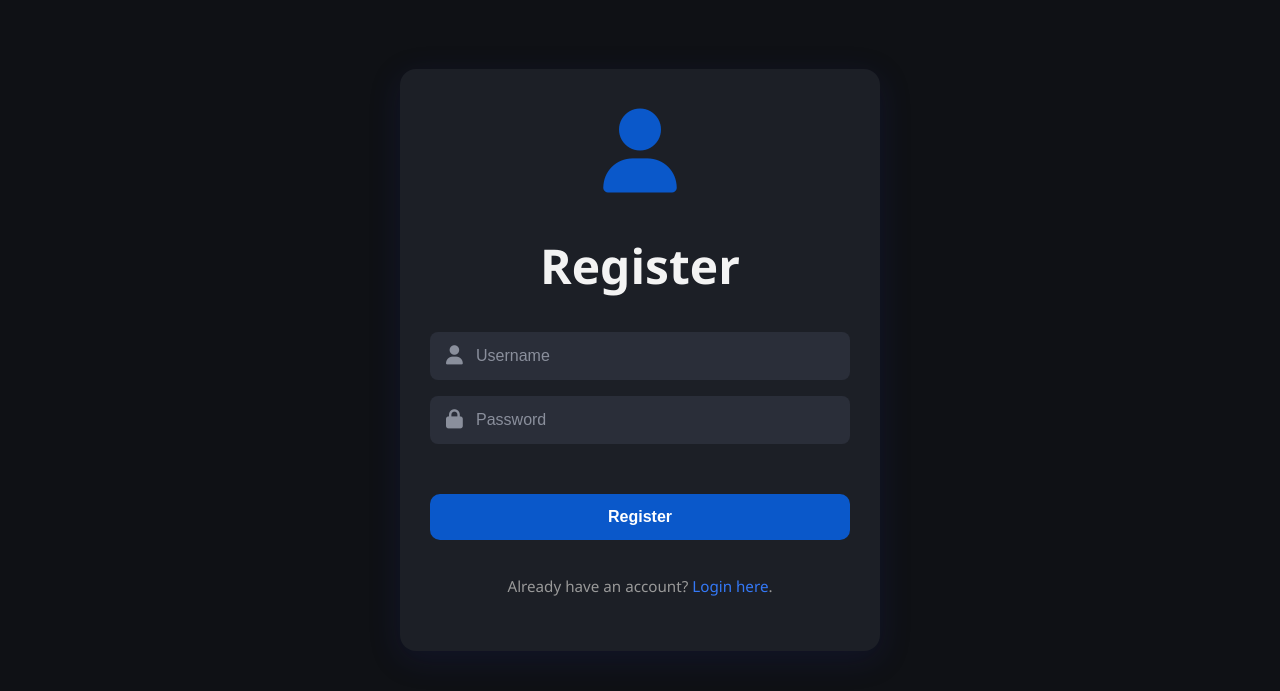
Repository: lowluds/auth-flask
Page: http://localhost/register
The author's editor kept a copy of each file at every save. The page is drawn from the files as they stood at one save, then again after the next save.
The browser window is 1280 px wide. The pictures show the whole page.
The page is served by the project's application, run on Flask 3 (login.py).

Above is the page before, as saved 2025-07-10 23:56:11.

### templates/register.html
<!DOCTYPE html>
<html lang="en">
<head>
    <meta charset="UTF-8">
    <meta name="viewport" content="width=device-width, initial-scale=1.0">
    <title>Register</title>
    <link rel="stylesheet" href="{{ url_for('static', filename='register.css') }}">
    <link rel="stylesheet" href="{{ url_for('static', filename='error.css') }}">
    <link rel="stylesheet" href="https://cdnjs.cloudflare.com/ajax/libs/font-awesome/6.5.0/css/all.min.css">
</head>

<body>
    <div class="register-container">
        <i class="fas fa-user register-icon"></i>
        <h2>Register</h2>
        <form method="POST" action="/register">

          <div class="input-group">
            <i class="fas fa-user"></i>
            <input type="text" id="username" name="username" placeholder="Username" required>
            </div>

          <div class="input-group">
              <i class="fas fa-lock"></i>
            <input type="password" id="password" name="password" placeholder="Password" required>
          </div>

            {% with messages = get_flashed_messages(with_categories=true) %}
              {% if messages %}
                {% for category, message in messages %}
                  {% if category == 'error' %}
                  <div class="input-error">{{ message }}</div>
                  {% endif %}
                {% endfor %}
              {% endif %}
            {% endwith %}

            <br>

            <button type="submit">Register</button>
        </form>
        <p>Already have an account? <a href="{{ url_for('login') }}">Login here</a>.</p>
    </div>
</body>
</html>

### login.py
from flask import Flask, render_template, request, redirect, url_for, session, flash
from werkzeug.security import check_password_hash
from werkzeug.security import generate_password_hash
import json

app = Flask (__name__)
app.secret_key = '123abc456'  # Change this to a secure random value

@app.route('/')
def home():
    return redirect(url_for('login'))

# Login
@app.route('/login', methods=['GET', 'POST'])
def login():
    if request.method == 'POST':
        # Get form input
        username = request.form['username']
        password = request.form['password']

        # Load users from JSON
        with open('users/userDB.json', 'r') as file:
            data = json.load(file)

        # Look for user
        for user in data['users']:
            if user['username'] == username:
                # Check hashed password
                if check_password_hash(user['password'], password):
                    session['username'] = username
                    session['group'] = user['group']
                    session.pop('show_forgot', None)

                    # Redirect based on group
                    if user['group'] == 'admin':
                        return redirect(url_for('admin'))
                    else:
                        return redirect(url_for('dashboard'))

                flash("Incorrect password", "error")
                session['show_forgot'] = True
                return redirect(url_for('login'))

        flash("Username or password not found", "error")
        session.pop('show_forgot', None)
        return redirect(url_for('login'))

    show_forgot = session.pop('show_forgot', False)
    return render_template('login.html', show_forgot=show_forgot)

# Register
@app.route('/register', methods=['GET', "POST"])
def register():
    if request.method == 'POST':
        username = request.form['username']
        password = request.form['password']
        group = "user"

        # Load existing users
        with open('users/userDB.json', 'r') as file:
            data = json.load(file)

        # Check for duplicate username
        for user in data['users']:
            if user['username'] == username:
                flash("Username already exists. Please choose another.", "error")
                return redirect(url_for('register'))

        # Hash the password
        hashed_password = generate_password_hash(password)

        # Add new user to userDB.json
        data['users'].append({
            'username': username,
            'password': hashed_password,
            'group'   : group
        })

        # Save the updated user to userDB.json
        with open('users/userDB.json', "w") as file:
            json.dump(data, file, indent=4)

        flash("You are registered! Please log in.", "success")
        return redirect(url_for('login'))

    # Only runs for GET requests
    return render_template('register.html')

# Forgot Password
@app.route('/forgot')
def forgot_password():
    return render_template('forgot.html')

# Dashboard
@app.route('/dashboard')
def dashboard():
    # Check if user is logged in
    if 'username' in session:
        return render_template('dashboard.html')
    else:
        return redirect(url_for('login'))
# Admin dashboard
@app.route('/admin')
def admin():
    if 'username' in session:
        if session.get('group') == 'admin':
            return render_template('admin.html')
        else:
            return "You are logged in, but not authorized to view this page"
    else:
        return redirect(url_for('login'))

# Logout
@app.route('/logout')
def logout():
    session.pop('username', None)
    return redirect(url_for('login'))

if __name__ == '__main__':
    app.run(debug=True)

### static/register.css
/* Global dark theme */
body {
    background: #0f1115;
    font-family: 'Segoe UI', Tahoma, Geneva, Verdana, sans-serif;
    margin: 0;
    padding: 0;
    color: #f3f3f3;
    min-height: 100vh;
    display: flex;
    justify-content: center;
    align-items: center;
}

/* Shared container styles */
.login-container,
.register-container,
.dashboard-container,
.admin-dashboard-container {
    background: #1c1f26;
    max-width: 420px;
    width: 100%;
    padding: 40px 30px;
    margin: 60px auto;
    border-radius: 16px;
    box-shadow: 0 8px 32px rgba(31, 38, 135, 0.18);
    display: flex;
    flex-direction: column;
    align-items: center;
}

.input-group {
    position: relative;
    width: 100%;
    margin-bottom: 16px;
}

.input-group i {
    position: absolute;
    top: 50%;
    left: 16px;
    transform: translateY(-50%);
    color: #8a8f9c;
    font-size: 1.2rem;
    pointer-events: none;
}

.input-group input {
    padding: 14px 16px 14px 46px;
    height: 48px;
    border: none;
    border-radius: 8px;
    background-color: #2a2e39;
    color: #f3f3f3;
    font-size: 1rem;
    width: 100%;
    box-sizing: border-box;
    margin-bottom: 0;
}

.input-group input:focus {
    box-shadow: 0 0 0 2px rgba(52, 120, 246, 0.4);
}

/* Headings */
.login-container h2,
.register-container h2,
.dashboard-container h2,
.admin-dashboard-container h2 {
    color: #f3f3f3;
    margin-bottom: 34px;
    font-weight: 600;
    font-size: 3rem;
    text-align: center;
}

/* Forms */
form {
    width: 100%;
    display: flex;
    flex-direction: column;
    margin-bottom: 20px;
}

/* Labels */
label {
    margin-bottom: 6px;
    color: #ccc;
    font-size: 0.95rem;
}

/* Inputs */
input,
select {
    padding: 14px;
    margin-bottom: 16px;
    border: none;
    border-radius: 10px;
    background-color: #2a2e39;
    color: #f3f3f3;
    font-size: 1rem;
    transition: all 0.2s ease-in-out;
}

input::placeholder {
    color: #8a8f9c;
}

input:focus,
select:focus {
    outline: none;
    background-color: #2f3541;
    border: 1.5px solid #3478f6;
}

/* Buttons */
button {
    background-color: #0a58ca;
    color: #fff;
    border: none;
    border-radius: 10px;
    padding: 14px;
    font-size: 1rem;
    font-weight: 600;
    cursor: pointer;
    transition: background-color 0.3s ease;
    margin-top: 12px;
}

button:hover {
    background-color: #0846a1;
}

/* Links */
a {
    color: #3478f6;
    text-decoration: none;
    font-weight: 500;
    font-size: 0.95rem;
}

a:hover {
    color: #5a9afc;
    text-decoration: underline;
}

.login-container .login-icon {
    font-size: 84px;
    color: #0a58ca;
    margin-bottom: 0px;
}

.register-container .register-icon {
    font-size: 84px;
    color: #0a58ca;
    margin-bottom: 0px;
}

.dashboard-container .dashboard-icon {
    font-size: 84px;
    color: #0a58ca;
    margin-bottom: 0px;
}

.dashboard-container .admin-icon {
    font-size: 84px;
    color: #0a58ca;
    margin-bottom: 0px;
}

.login-container .forgot-container {
    padding-top: 100px; /* or any value you want */
}

/* Paragraphs */
p {
    margin-top: 16px;
    color: #999;
    font-size: 0.95rem;
}

/* Forgot Password */
.forgot-link {
    text-align: center;
    margin-bottom: 10px;
}

/* Flash error styling */
.input-error {
    color: #ff4d4d;
    font-weight: bold;
    margin-bottom: 12px;
    text-align: center;
}

/* Responsive */
@media (max-width: 600px) {
    .login-container,
    .register-container,
    .dashboard-container,
    .admin-dashboard-container {
        width: 90%;
        padding: 24px;
    }
}

### static/error.css
/* Modern error style for login and form input errors */
.input-error {
    background: none;
    color: #ff0000;
    padding: 0;
    border-radius: 0;
    margin: 14px 0 18px 0;
    font-weight: 600;
    text-align: center;
    box-shadow: none;
    letter-spacing: 0.7px;
    font-size: 1.08rem;
    border: none;
    text-shadow: none;
    max-width: 400px;
    width: 90%;
    margin-left: auto;
    margin-right: auto;
}
@keyframes fadeOut {
  0% { opacity: 0.98; transform: translateY(0); }
  80% { opacity: 0.98; }
  100% { opacity: 0; transform: translateY(-20px); pointer-events: none; }
}

After the next save:
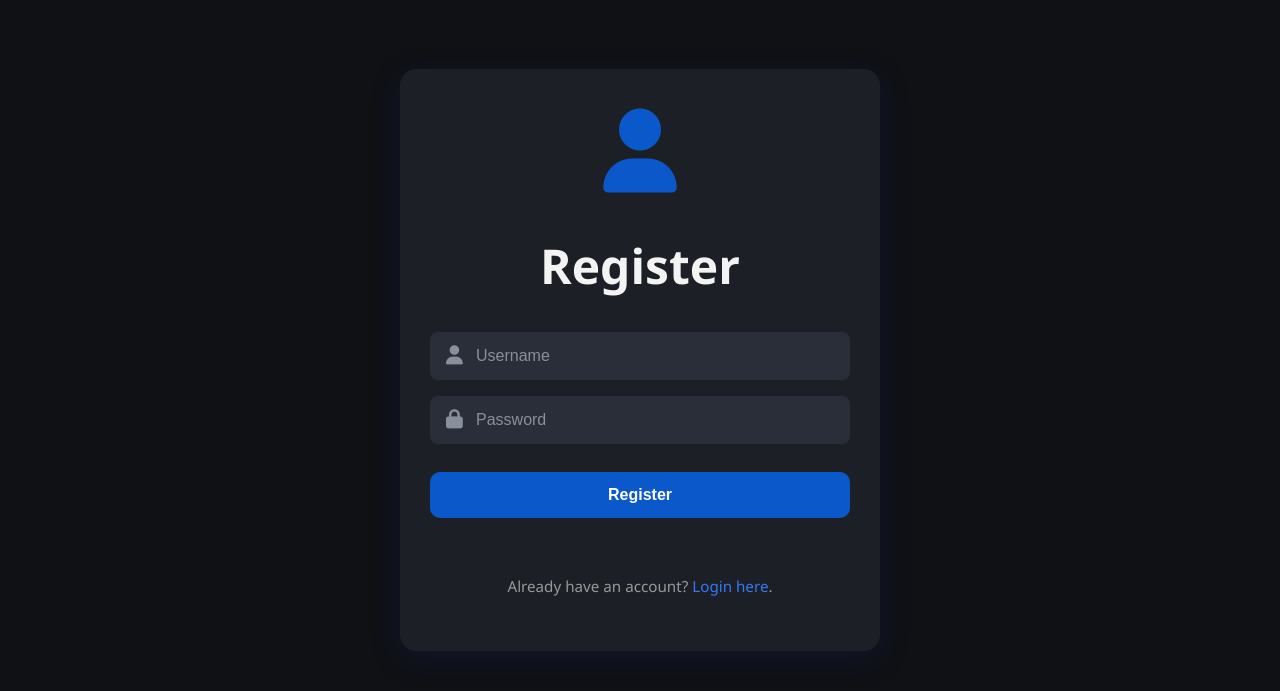
Saved 19 s later.
--- a/templates/register.html
+++ b/templates/register.html
@@ -35,9 +35,10 @@
               {% endif %}
             {% endwith %}
 
+            <button type="submit">Register</button>
+
             <br>
 
-            <button type="submit">Register</button>
         </form>
         <p>Already have an account? <a href="{{ url_for('login') }}">Login here</a>.</p>
     </div>
